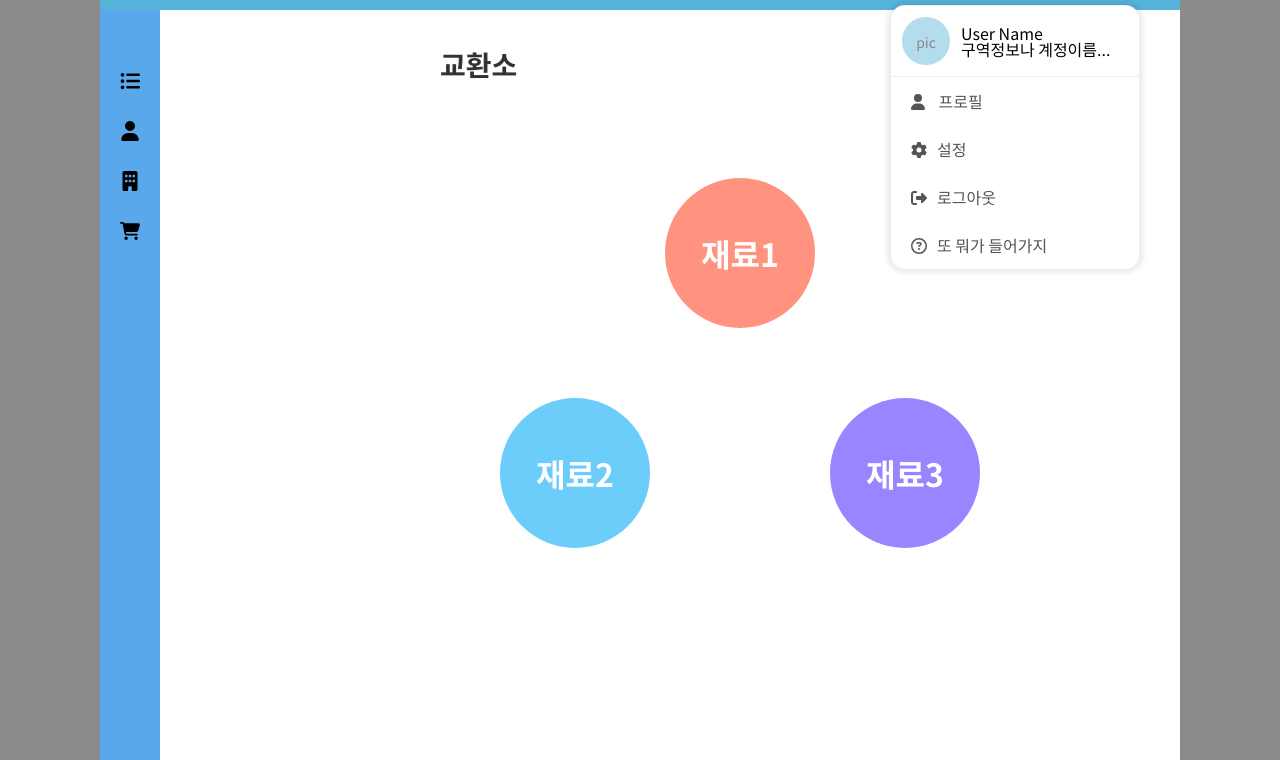
Repository: sunoo-lee/toVillage-old
Page: /#/trade
An editor plug-in stored every save of this project. The page is shown before and after the next save, followed by the edit.
The browser window is 1280 px wide. The pictures show the whole page.
The project was rebuilt for these pictures with package versions that can differ from the ones it lists, and the page was loaded fresh each time. Also part of the build but not shown: src/routes/Auth.js, src/components/Todo.js, src/components/AddForm.js, src/components/Main.js, src/routes/Home.js, src/components/MyProfile.js, src/routes/Profile.js, src/components/Area.module.css and 2 more.

Above is the page before, as saved 2022-10-13 04:39:37.

After the next save:
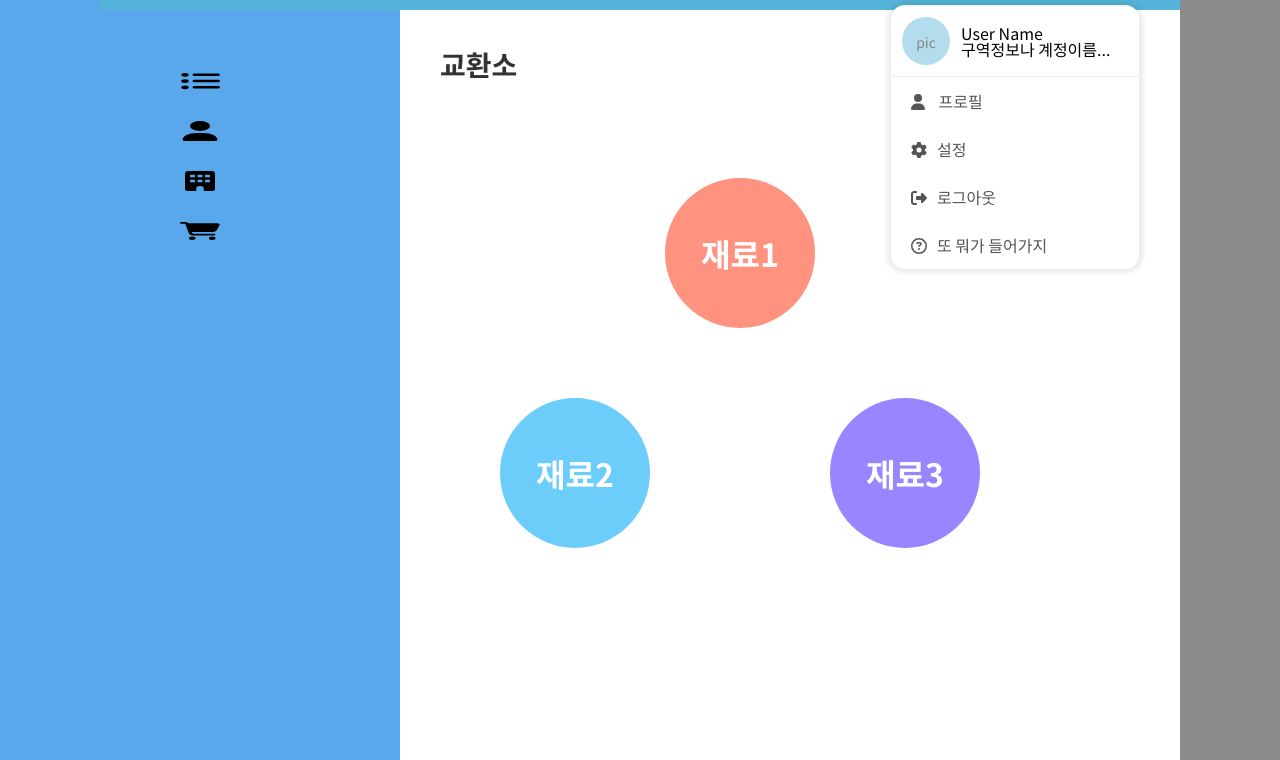
Saved 92 s later.
--- a/src/components/Navigation.module.css
+++ b/src/components/Navigation.module.css
@@ -13,7 +13,8 @@
 
 .nav_active {
   background-color: #58a8eb;
-  width: 60px;
+  /* width: 60px; */
+  transform: scaleX(2);
 }
 .nav_active .container ul li {
   padding: 0;
